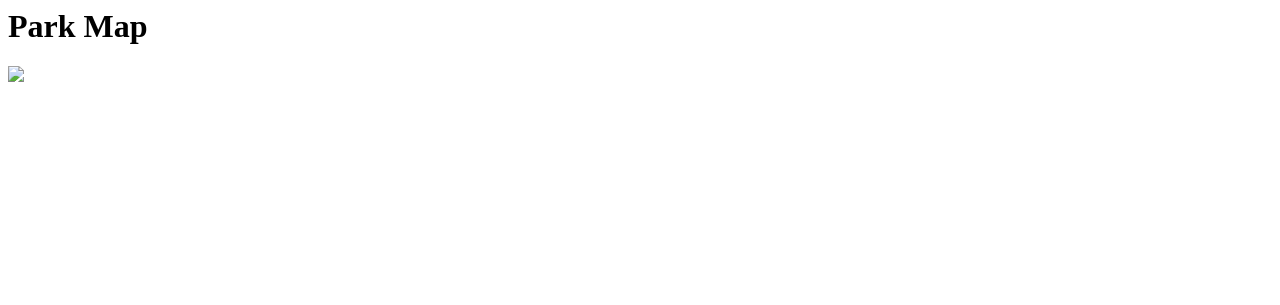
Repository: Apelsin/Xmas-App-2014-Android
Page: ChristmasInThePark/assets/htmltest.html
The author's editor kept a copy of each file at every save. The page is drawn from the files as they stood at one save, then again after the next save.
The browser window is 1280 px wide. The pictures show the whole page.

Above is the page before, as saved 2014-04-19 23:31:08.

### ChristmasInThePark/assets/htmltest.html
<html>
<body>

<h1>Park Map</h1>

<img src="file:///android_asset/abc.png">

</body>
</html>

After the next save:
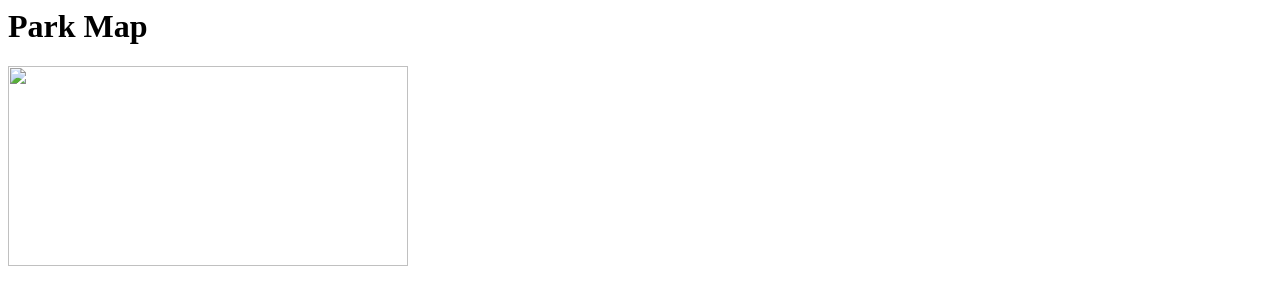
Saved 11 s later.
--- a/ChristmasInThePark/assets/htmltest.html
+++ b/ChristmasInThePark/assets/htmltest.html
@@ -3,7 +3,7 @@
 
 <h1>Park Map</h1>
 
-<img src="file:///android_asset/abc.png">
+<img src="file:///android_asset/map.jpg" width="400" height="200">
 
 </body>
 </html>
